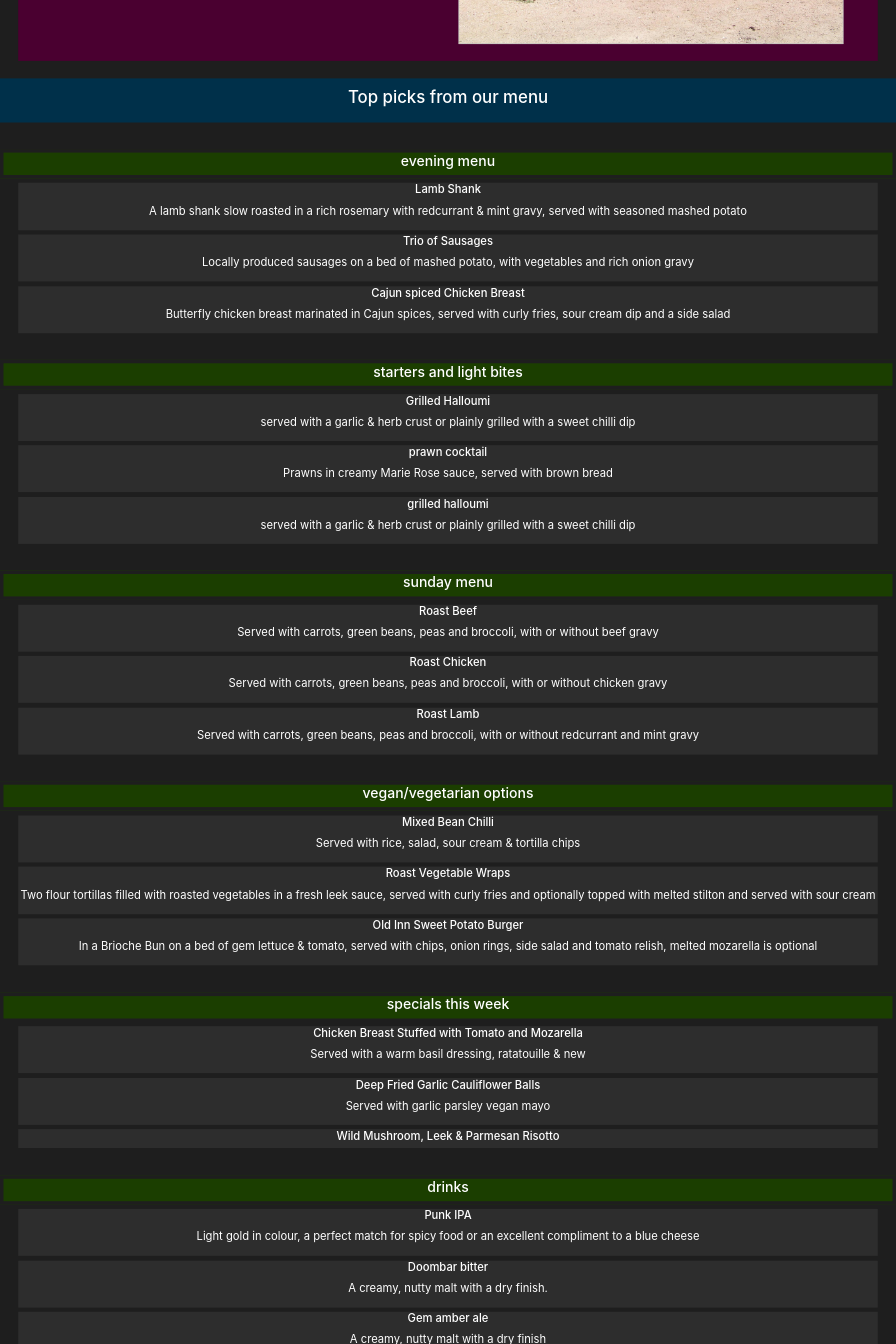
Repository: Code-Institute-Submissions/JamesLStudent-Milestone_One
Page: index.html
The author's editor kept a record of every edit. The page is drawn from the files as they stood at one moment, then again after the next edit.
The browser window is 1280 px wide. The pictures show the part of the page from y = 1210 to 3130 px (the page is 3614 px tall before and 3630 px after), at 70% of full size.

Above is the page before.
Console error: TypeError: Cannot read properties of undefined (reading 'fn')

After the next edit:
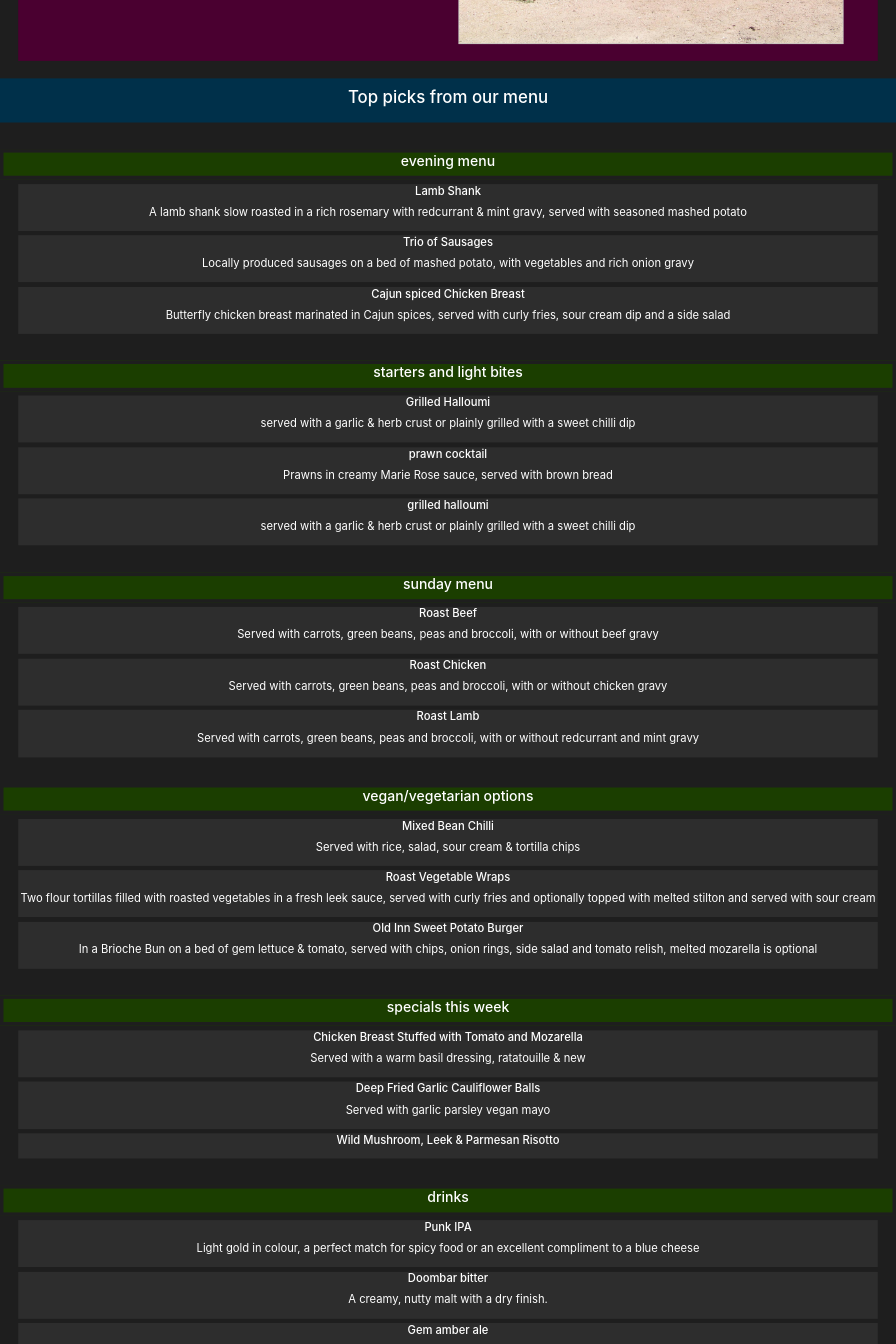
The edit:
--- a/index.html
+++ b/index.html
@@ -43,26 +43,27 @@
         </li>
     </ul>
     <div class="desktop-nav">
-    <a href="menu.html">
-                <div class="col-6 col-md-12 col-lg-3 navigation-item black-text">
-                    <h5>menu</h5>
-                </div>
-            </a>
-            <a href="events.html">
-                <div class="col-6 col-md-12 col-lg-3 navigation-item black-text">
-                    <h5>events</h5>
-                </div>
-            </a>
-            <a href="contacts.html">
-                <div class="col-12 col-md-12 col-lg-3 navigation-item black-text">
-                    <h5>contact us</h5>
-                </div>
-            </a>
-            <a href="produce.html">
-                <div class="col-12 col-md-12 col-lg-3 navigation-item black-text">
-                    <h5>our produce</h5>
-                </div>
-            </a>
+        <a href="menu.html">
+            <div class="col-6 col-md-12 col-lg-3 navigation-item black-text">
+                <h5>menu</h5>
+            </div>
+        </a>
+        <a href="events.html">
+            <div class="col-6 col-md-12 col-lg-3 navigation-item black-text">
+                <h5>events</h5>
+            </div>
+        </a>
+        <a href="contacts.html">
+            <div class="col-12 col-md-12 col-lg-3 navigation-item black-text">
+                <h5>contact us</h5>
+            </div>
+        </a>
+        <a href="produce.html">
+            <div class="col-12 col-md-12 col-lg-3 navigation-item black-text">
+                <h5>our produce</h5>
+            </div>
+        </a>
+    </div>
 
     <div class="centerer">
         <div class="subtitle no-margin">
